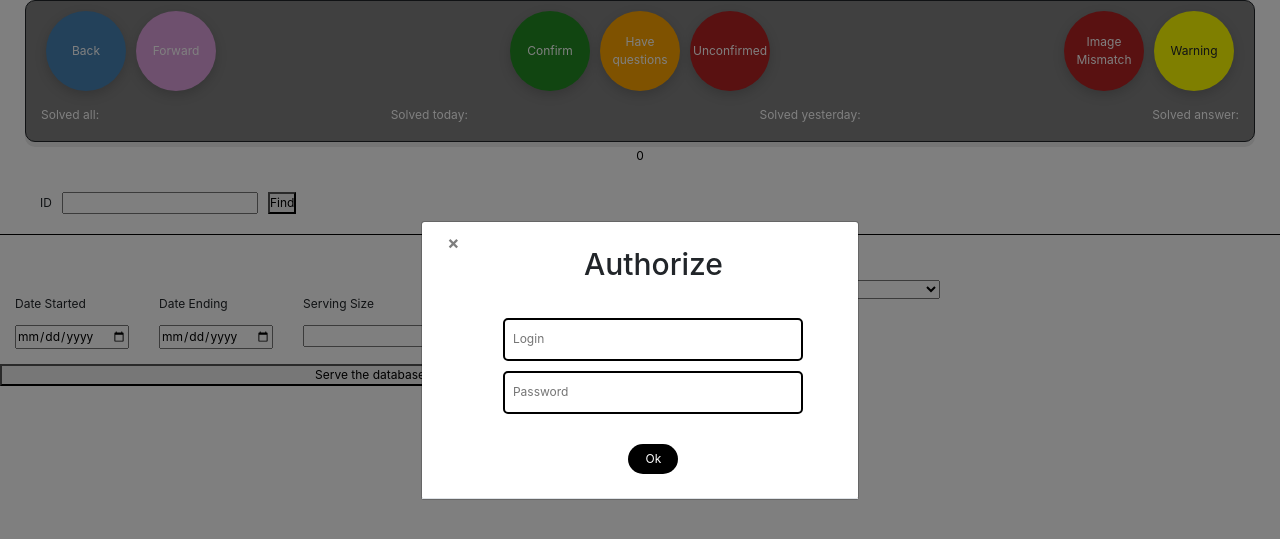
Repository: dmitryglitch/Product-Comparison
Page: /
These files come from the project's save history. The page is drawn as it stood at one moment and after the next save; the edit follows.
The browser window is 1280 px wide. The pictures show the whole page.
The page's requests for data from a server got no answer. The project was rebuilt for these pictures with package versions that can differ from the ones it lists, and the page was loaded fresh each time. No one was signed in, and anything a server would have sent is missing. Also part of the build but not shown: src/containers/App.css, src/components/Product/ProductOptions.jsx, src/components/Product/ProductImages.jsx, src/components/Product/ProductSpec.jsx, src/components/Product/Product.jsx.

Above is the page before, as saved 2020-02-17 20:54:02.

After the next save:
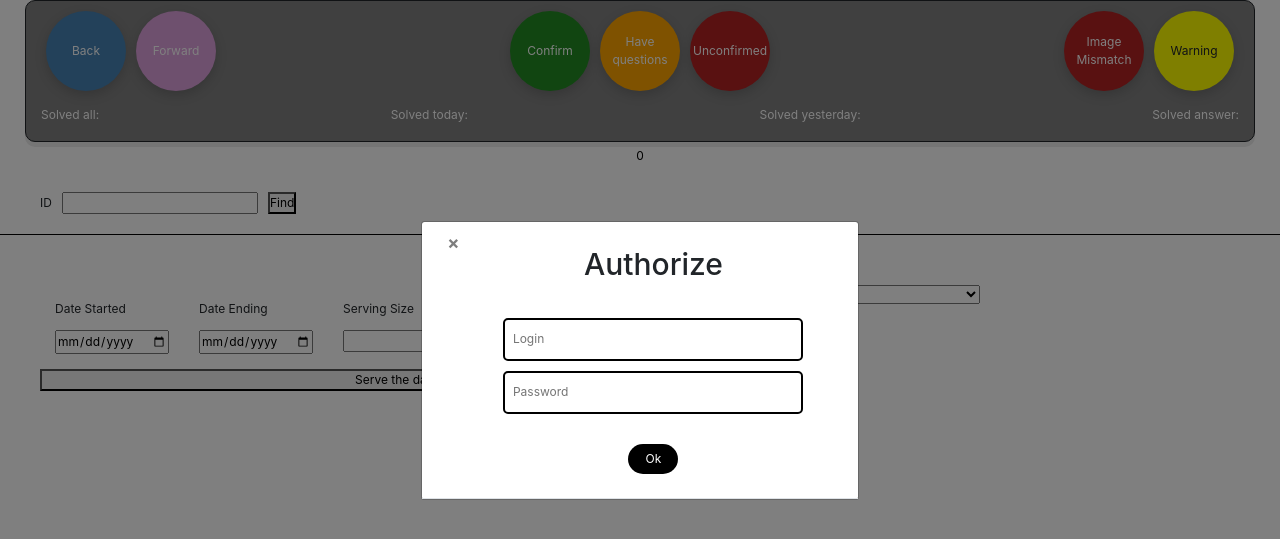
Saved 59 s later.
--- a/src/index.css
+++ b/src/index.css
@@ -443,6 +443,8 @@ code {
 
 .review-content {
   display: flex;
+  padding: 5px 15px 5px 15px;
+  margin: 0 25px 5px 25px;
 }
 
 .review-content-head {
